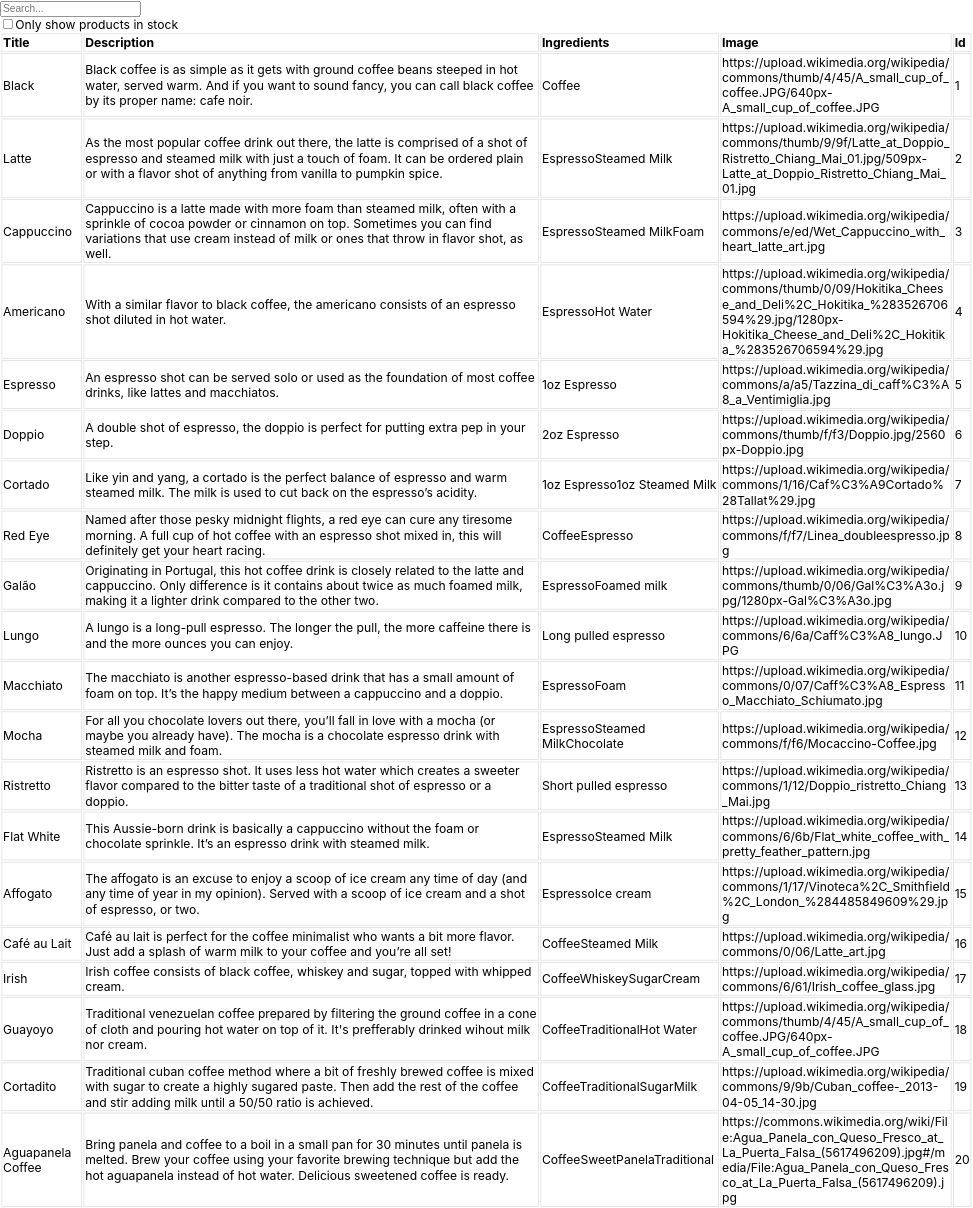
Repository: mariocapitbrok/reactjs-learn
Page: / (app in 05_filtered-data-table/)
These files come from the project's save history. The page is drawn as it stood at one moment and after the next save; the edit follows.
The browser window is 1280 px wide. The pictures show the whole page, at 76% of full size.
The project was rebuilt for these pictures with package versions that can differ from the ones it lists, and the page was loaded fresh each time.

Above is the page before, as saved 2023-02-26 02:36:32.

After the next save:
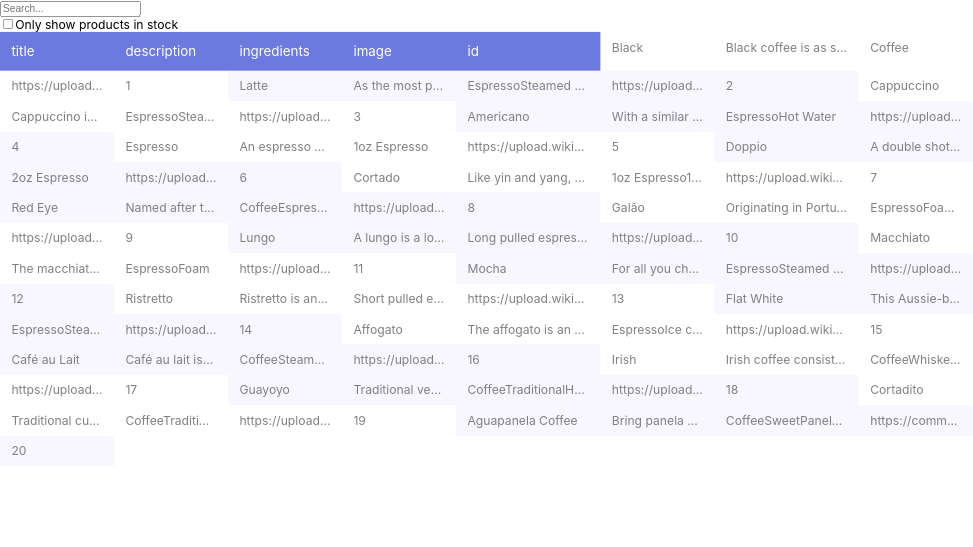
Saved 20 s later.
--- a/05_filtered-data-table/src/App.css
+++ b/05_filtered-data-table/src/App.css
@@ -1,6 +1,6 @@
 
 /* Table*/
-#my-table {
+/* #my-table {
   width: 100%;
 }
 
@@ -27,4 +27,96 @@ th.description {
 .image {
   max-width: 300px;
   overflow-wrap: break-word;
+} */
+
+* {
+  box-sizing: border-box;
 }
+
+html,
+body {
+  padding: 0;
+  margin: 0;
+}
+
+body {
+  font-family: BlinkMacSystemFont, -apple-system, "Segoe UI", "Roboto", "Oxygen", "Ubuntu", "Cantarell", "Fira Sans", "Droid Sans", "Helvetica Neue", "Helvetica", "Arial", sans-serif;
+}
+
+table {
+  min-width: 100vw;
+  width: auto;
+  flex: 1;
+  display: grid;
+  border-collapse: collapse;
+  /* These are just initial values which are overriden using JavaScript when a column is resized */
+  grid-template-columns:
+    minmax(150px, 1fr)
+    minmax(150px, 1.67fr)
+    minmax(150px, 1.67fr)
+    minmax(150px, 1.67fr)
+    minmax(150px, 3.33fr)
+    minmax(150px, 1.67fr)
+    minmax(150px, 3.33fr)
+    minmax(150px, 1.67fr);
+}
+
+thead,
+tbody,
+tr {
+  display: contents;
+}
+
+th,
+td {
+  padding: 15px;
+  overflow: hidden;
+  text-overflow: ellipsis;
+  white-space: nowrap;
+}
+
+th {
+  position: sticky;
+  top: 0;
+  background: #6c7ae0;
+  text-align: left;
+  font-weight: normal;
+  font-size: 1.1rem;
+  color: white;
+  position: relative;
+}
+
+th:last-child {
+  border: 0;
+}
+
+.resize-handle {
+  position: absolute;
+  top: 0;
+  right: 0;
+  bottom: 0;
+  background: black;
+  opacity: 0;
+  width: 3px;
+  cursor: col-resize;
+}
+
+.resize-handle:hover,
+/* The following selector is needed so the handle is visible during resize even if the mouse isn't over the handle anymore */
+.header--being-resized .resize-handle {
+  opacity: 0.5;
+}
+
+th:hover .resize-handle {
+  opacity: 0.3;
+}
+
+td {
+  padding-top: 10px;
+  padding-bottom: 10px;
+  color: #808080;
+}
+
+tr:nth-child(even) td {
+  background: #f8f6ff;
+}
